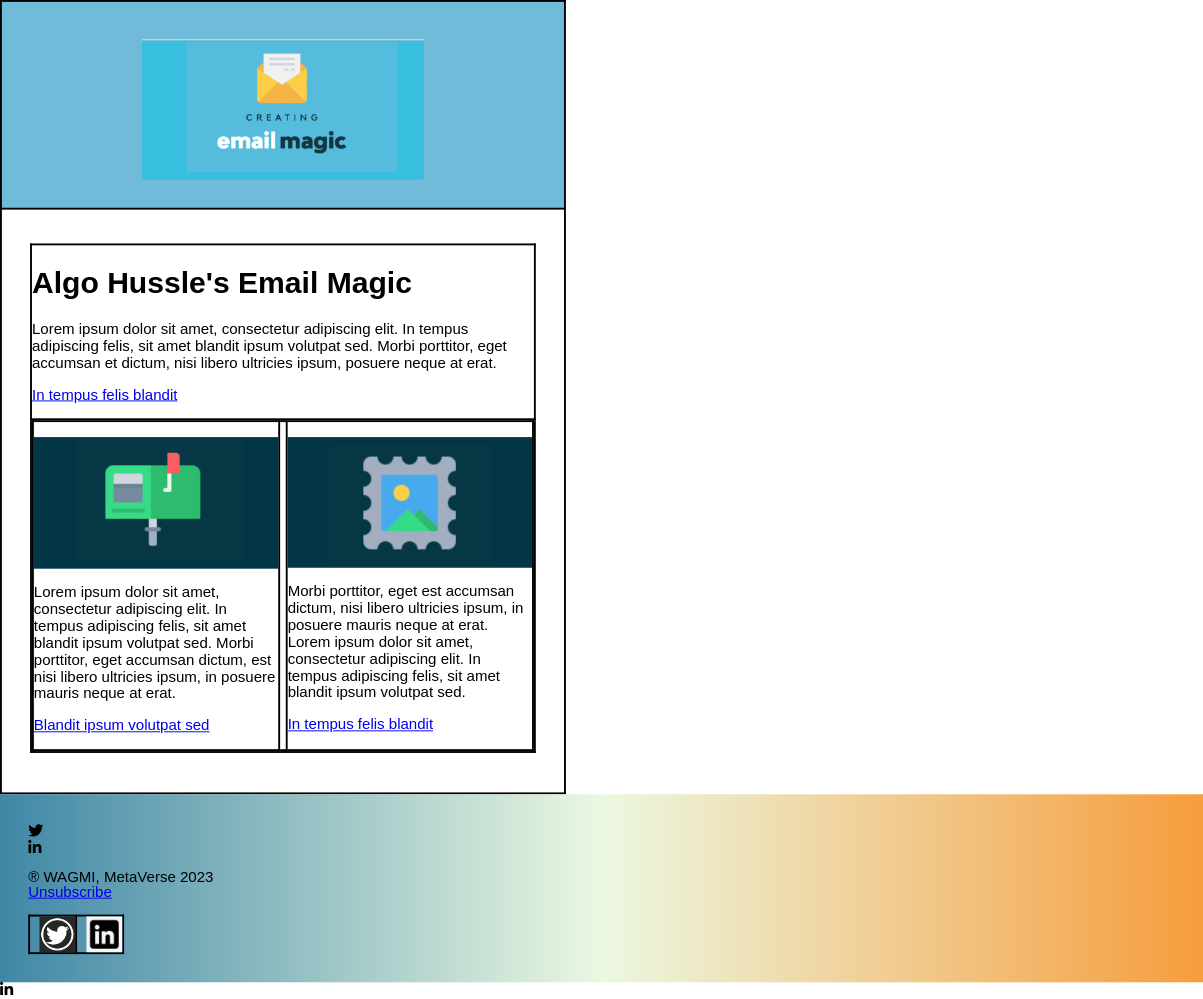
Repository: MikeeBuilds/email-template
Page: index.html
The author's editor kept a copy of each file at every save. The page is drawn from the files as they stood at one save, then again after the next save.
The browser window is 1280 px wide. The pictures show the whole page, at 94% of full size.
Some web libraries are served in a nearby version.

Above is the page before, as saved 2022-11-25 13:23:56.

### index.html
<!DOCTYPE html>
<html lang="en" xmlns="http://www.w3.org./1999/xhtml" xmlns:0="urn:schemas-microsoft-com:office:office">
<head>
    <script src="https://kit.fontawesome.com/f8f61e487a.js" crossorigin="anonymous"></script>
    <meta charset="UTF-8">
    <meta http-equiv="X-UA-Compatible" content="IE=edge">
    <meta name="x-apple-disable-message-reformatting">
    <meta name="viewport" content="width=device-width, initial-scale=1.0">
    <link rel="stylesheet" href="styles.css">
    <title></title>
    <!--[if mso]>
        <noscript>
            <xml>
                <o:OfficeDocumentSettings>
                    <o:AllowPNG/>
                    <o:PixelsPerInch>96</o:PixelsPerInch>
                </o:OfficeDocumentSettings>
            </xml>
        <![endif]-->
        <style>
            table, td, div, h1, p {
                font-family: Arial, sans-serif;
            }
            table, td {
                border: 2px solid #000 !important;
            }
            </style>
<body style="margin: 0; padding: 0;">
    <table role="presentation" style="width: 602px; border-collapse: collapse; border: 1px solid #cccccc; border-spacing: 0; text-align: left;
    border-spacing: 0; background: #ffffff;">
        <tr>
            <td align="center" style="padding: 40px 0 30px 0; background: #70bbd9;">
                <img src="images/h1.png" alt="heading picture" width="300" style="height: auto; display: block;" />
            </td>
        </tr>
        <tr>
            <td align="center" style="padding: 36px 30px 42px 30px;">
                <table role="presentation" style="width:100%;border-collapse:collapse;border:0;border-spacing:0;">
                    <tr>
                        <td style="padding:0;">
                            <h1>Algo Hussle's Email Magic</h1>
<p>Lorem ipsum dolor sit amet, consectetur adipiscing elit. In tempus adipiscing felis, sit amet blandit ipsum volutpat sed. Morbi porttitor, eget accumsan et dictum, nisi libero ultricies ipsum, posuere neque at erat.</p>
<p><a href="http://www.example.com">In tempus felis blandit</a></p>

                        </td>
                    </tr>
                    <tr>
                        <td style="padding:0;">
                            <table role="presentation" style="width:100%;border-collapse:collapse;border:0;border-spacing:0;">
                                <tr>
                                    <td style="width:260px;padding:0;vertical-align:top;">
                                        <p><img src="images/left.png" alt="" width="260" style="height:auto;display:block;" /></p>
            <p>Lorem ipsum dolor sit amet, consectetur adipiscing elit. In tempus adipiscing felis, sit amet blandit ipsum volutpat sed. Morbi porttitor, eget accumsan dictum, est nisi libero ultricies ipsum, in posuere mauris neque at erat.</p>
            <p><a href="http://www.example.com">Blandit ipsum volutpat sed</a></p>
                                    </td>
                                    <td style="width:20px;padding:0;font-size:0;line-height:0;">&nbsp;</td>
                                    <td style="width:260px;padding:0;vertical-align:top;">
                                        <p><img src="images/right.png" alt="" width="260" style="height:auto;display:block;" /></p>
            <p>Morbi porttitor, eget est accumsan dictum, nisi libero ultricies ipsum, in posuere mauris neque at erat. Lorem ipsum dolor sit amet, consectetur adipiscing elit. In tempus adipiscing felis, sit amet blandit ipsum volutpat sed.</p>
            <p><a href="http://www.example.com">In tempus felis blandit</a></p>
        </td>
    </tr>
</table>

                                    </td>
                                </tr>
                            </table>
                        </td>
                    </tr>
                </table>
            </body>
        </head>


        <footer style="padding: 30px; background: linear-gradient(0.25turn, #3f87a6, #ebf8e1, #f69d3c)";>
            <i class="fa-brands fa-twitter"></i>
            <i class="fa brands fa-linkedin"
            <table role="presentation" style="width:100%;border-collapse:collapse;border:0;border-spacing:0;">
                <tr>
                    <td style="padding:0;width:50%;" align="left">
                        <p>&reg; WAGMI, MetaVerse 2023<br/><a href="http://www.example.com">Unsubscribe</a></p>
                    </td>
                    <td style="padding:0;width:50%;" align="right">
                        <table role="presentation" style="border-collapse:collapse;border:0;border-spacing:0;">
                            <tr>
                                <td style="padding:0 0 0 10px;width:38px;">
                                    <a href="http://www.twitter.com/bankroll_miyagi"><img src="images/twitter.png" alt="Twitter" width="38" style="height:auto;display:block;border:0;" /></a>
                                </td>
                                <td style="padding:0 0 0 10px;width:38px;">
                                    <a href="http://www.linkedin.com/in/mike-woods-51b3b2257"><img src="images/linkedin.png" alt="Facebook" width="38" style="height:auto;display:block;border:0;" /></a>
                                </td>
                            </tr>
                        </table>
                    </td>
                </tr>
            </table>
        </footer>

        </html>

Loaded but not shown: styles.css (no stored copy; drawn as an empty file)

After the next save:
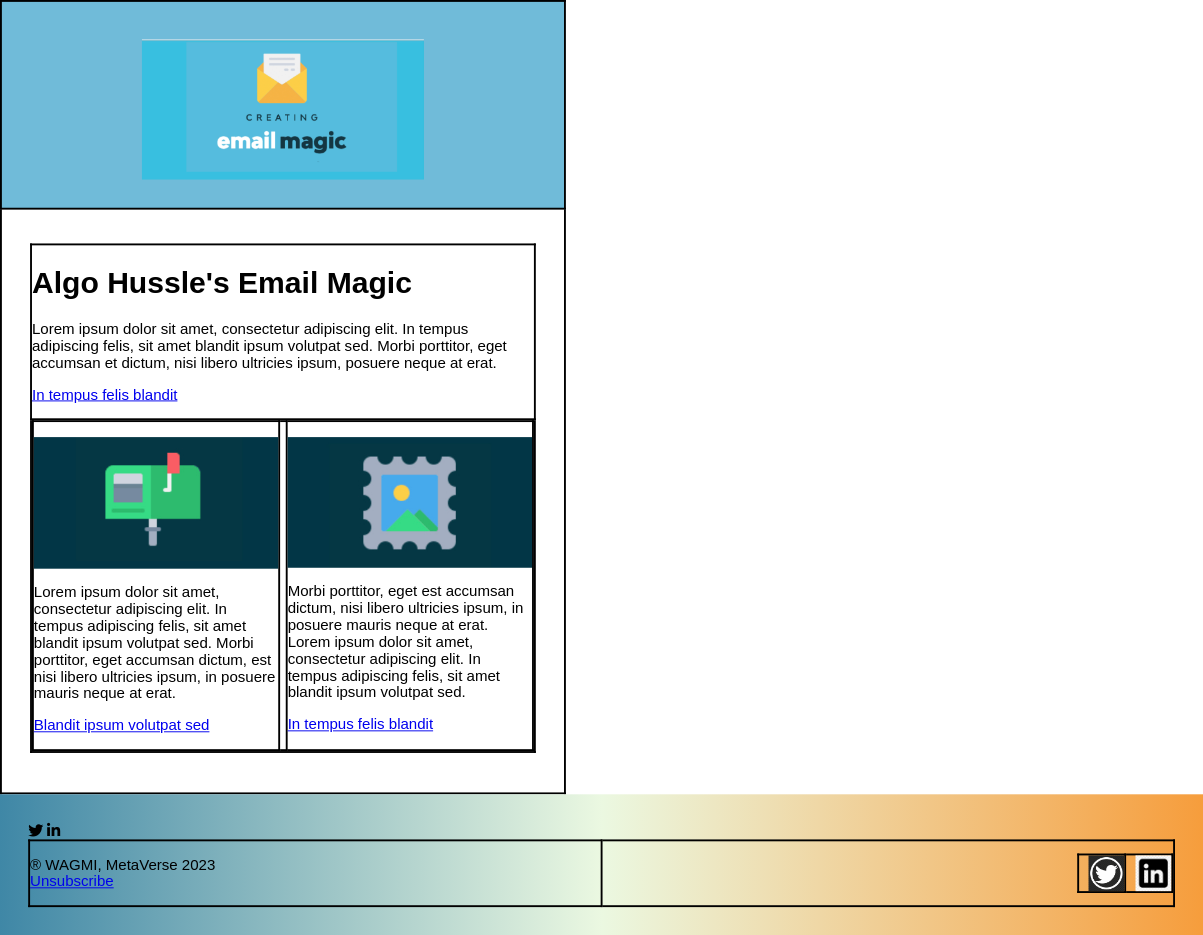
Saved 9 s later.
--- a/index.html
+++ b/index.html
@@ -74,7 +74,7 @@
 
         <footer style="padding: 30px; background: linear-gradient(0.25turn, #3f87a6, #ebf8e1, #f69d3c)";>
             <i class="fa-brands fa-twitter"></i>
-            <i class="fa brands fa-linkedin"
+            <i class="fa brands fa-linkedin"></i>
             <table role="presentation" style="width:100%;border-collapse:collapse;border:0;border-spacing:0;">
                 <tr>
                     <td style="padding:0;width:50%;" align="left">
